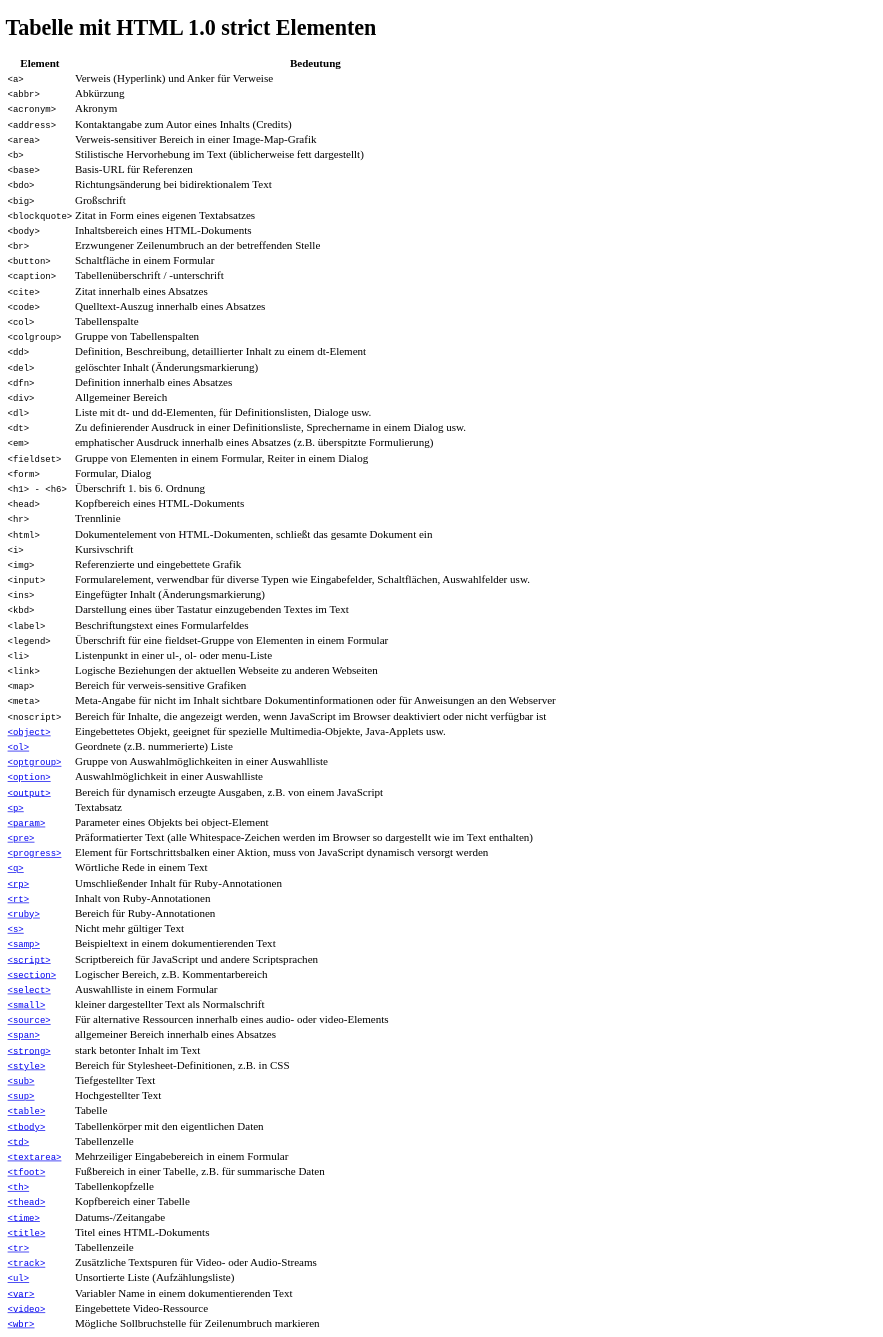
Repository: pLurchi/MyWebengineeringRepo
Page: RemoteSystemsTempFiles/HA-Kapitel06/WebContent/index.html
These files come from the project's save history. The page is drawn as it stood at one moment and after the next save; the edit follows.
The browser window is 1280 px wide. The pictures show the whole page, at 69% of full size.

Above is the page before, as saved 2013-11-28 17:11:03.

### RemoteSystemsTempFiles/HA-Kapitel06/WebContent/index.html
<?xml version="1.0" encoding="UTF-8" ?>
<!DOCTYPE html PUBLIC "-//W3C//DTD XHTML 1.0 Strict//EN" "http://www.w3.org/TR/xhtml1/DTD/xhtml1-strict.dtd">
<html xmlns="http://www.w3.org/1999/xhtml">
<head>
<meta http-equiv="Content-Type" content="text/html; charset=UTF-8" />
<title>HA-Kapitel06</title>
</head>
<body>

	<h1>Tabelle mit HTML 1.0 strict Elementen</h1>

	<table class="wiki-content-table">
		<tr>
			<th>Element</th>
			<th>Bedeutung</th>
		</tr>

		<tr>
			<td><tt>&lt;a&gt;</tt></td>
			<td>Verweis (Hyperlink) und Anker für Verweise</td>
		</tr>
		<tr>
			<td><tt>&lt;abbr&gt;</tt></td>
			<td>Abkürzung</td>
		</tr>
		<tr>
			<td><tt>&lt;acronym&gt;</tt></td>
			<td>Akronym</td>
		</tr>
		<tr>
			<td><tt>&lt;address&gt;</tt></td>
			<td>Kontaktangabe zum Autor eines Inhalts (Credits)</td>
		</tr>
		<tr>
			<td><tt>&lt;area&gt;</tt></td>
			<td>Verweis-sensitiver Bereich in einer Image-Map-Grafik</td>
		</tr>
		<tr>
			<td><tt>&lt;b&gt;</tt></td>
			<td>Stilistische Hervorhebung im Text (üblicherweise fett dargestellt)</td>
		</tr>
		<tr>
			<td><tt>&lt;base&gt;</tt></td>
			<td>Basis-URL für Referenzen</td>
		</tr>
		<tr>
			<td><tt>&lt;bdo&gt;</tt></td>
			<td>Richtungsänderung bei bidirektionalem Text</td>
		</tr>
		<tr>
			<td><tt>&lt;big&gt;</tt></td>
			<td>Großschrift</td>
		</tr>
		<tr>
			<td><tt>&lt;blockquote&gt;</tt></td>
			<td>Zitat in Form eines eigenen Textabsatzes</td>
		</tr>
		<tr>
			<td><tt>&lt;body&gt;</tt></td>
			<td>Inhaltsbereich eines HTML-Dokuments</td>
		</tr>
		<tr>
			<td><tt>&lt;br&gt;</tt></td>
			<td>Erzwungener Zeilenumbruch an der betreffenden Stelle</td>
		</tr>
		<tr>
			<td><tt>&lt;button&gt;</tt></td>
			<td>Schaltfläche in einem Formular</td>
		</tr>
		<tr>
			<td><tt>&lt;caption&gt;</tt></td>
			<td>Tabellenüberschrift / -unterschrift</td>
		</tr>
		<tr>
			<td><tt>&lt;cite&gt;</tt></td>
			<td>Zitat innerhalb eines Absatzes</td>
		</tr>
		<tr>
			<td><tt>&lt;code&gt;</tt></td>
			<td>Quelltext-Auszug innerhalb eines Absatzes</td>
		</tr>
		<tr>
			<td><tt>&lt;col&gt;</tt></td>
			<td>Tabellenspalte</td>
		</tr>
		<tr>
			<td><tt>&lt;colgroup&gt;</tt></td>
			<td>Gruppe von Tabellenspalten</td>
		</tr>
		<tr>
			<td><tt>&lt;dd&gt;</tt></td>
			<td>Definition, Beschreibung, detaillierter Inhalt zu einem dt-Element</td>
		</tr>
		<tr>
			<td><tt>&lt;del&gt;</tt></td>
			<td>gelöschter Inhalt (Änderungsmarkierung)</td>
		</tr>
		<tr>
			<td><tt>&lt;dfn&gt;</tt></td>
			<td>Definition innerhalb eines Absatzes</td>
		</tr>
		<tr>
			<td><tt>&lt;div&gt;</tt></td>
			<td>Allgemeiner Bereich</td>
		</tr>
		<tr>
			<td><tt>&lt;dl&gt;</tt></td>
			<td>Liste mit dt- und dd-Elementen, für Definitionslisten, Dialoge usw.</td>
		</tr>
		<tr>
			<td><tt>&lt;dt&gt;</tt></td>
			<td>Zu definierender Ausdruck in einer Definitionsliste, Sprechername in einem Dialog usw.</td>
		</tr>
		<tr>
			<td><tt>&lt;em&gt;</tt></td>
			<td>emphatischer Ausdruck innerhalb eines Absatzes (z.B. überspitzte Formulierung)</td>
		</tr>
		<tr>
			<td><tt>&lt;fieldset&gt;</tt></td>
			<td>Gruppe von Elementen in einem Formular, Reiter in einem Dialog</td>
		</tr>
		<tr>
			<td><tt>&lt;form&gt;</tt></td>
			<td>Formular, Dialog</td>
		</tr>
		<tr>
			<td><tt>&lt;h1&gt; - &lt;h6&gt;</tt></td>
		<td>Überschrift 1. bis 6. Ordnung</td>
		</tr>
		<tr>
			<td><tt>&lt;head&gt;</tt></td>
			<td>Kopfbereich eines HTML-Dokuments</td>
		</tr>
		<tr>
			<td><tt>&lt;hr&gt;</tt></td>
			<td>Trennlinie</td>
		</tr>
		<tr>
			<td><tt>&lt;html&gt;</tt></td>
			<td>Dokumentelement von HTML-Dokumenten, schließt das gesamte Dokument ein</td>
		</tr>
		<tr>
			<td><tt>&lt;i&gt;</tt></td>
			<td>Kursivschrift</td>
		</tr>
		<tr>
			<td><tt>&lt;img&gt;</tt></td>
			<td>Referenzierte und eingebettete Grafik</td>
		</tr>
		<tr>
			<td><tt>&lt;input&gt;</tt></td>
			<td>Formularelement, verwendbar für diverse Typen wie Eingabefelder, Schaltflächen, Auswahlfelder usw.</td>
		</tr>
		<tr>
			<td><tt>&lt;ins&gt;</tt></td>
			<td>Eingefügter Inhalt (Änderungsmarkierung)</td>
		</tr>
		<tr>
			<td><tt>&lt;kbd&gt;</tt></td>
			<td>Darstellung eines über Tastatur einzugebenden Textes im Text</td>
		</tr>
		<tr>
			<td><tt>&lt;label&gt;</tt></td>
			<td>Beschriftungstext eines Formularfeldes</td>
		</tr>
		<tr>
			<td><tt>&lt;legend&gt;</tt></td>
			<td>Überschrift für eine fieldset-Gruppe von Elementen in einem Formular</td>
		</tr>
		<tr>
			<td><tt>&lt;li&gt;</tt></td>
			<td>Listenpunkt in einer ul-, ol- oder menu-Liste</td>
		</tr>
		<tr>
			<td><tt>&lt;link&gt;</tt></td>
			<td>Logische Beziehungen der aktuellen Webseite zu anderen Webseiten</td>
		</tr>
		<tr>
			<td><tt>&lt;map&gt;</tt></td>
			<td>Bereich für verweis-sensitive Grafiken</td>
		</tr>
		<tr>
			<td><tt>&lt;meta&gt;</tt></td>
			<td>Meta-Angabe für nicht im Inhalt sichtbare Dokumentinformationen oder für Anweisungen an den Webserver</td>
		</tr>
		<tr>
			<td><tt>&lt;noscript&gt;</tt></td>
			<td>Bereich für Inhalte, die angezeigt werden, wenn JavaScript im Browser deaktiviert oder nicht verfügbar ist</td>
		</tr>
<tr>
<td><tt><a href="/html-handbuch:html-elementreferenz-object">&lt;object&gt;</a></tt></td>
<td>Eingebettetes Objekt, geeignet für spezielle Multimedia-Objekte, Java-Applets usw.</td>
</tr>
<tr>
<td><tt><a href="/html-handbuch:html-elementreferenz-ol">&lt;ol&gt;</a></tt></td>
<td>Geordnete (z.B. nummerierte) Liste</td>
</tr>
<tr>
<td><tt><a href="/html-handbuch:html-elementreferenz-optgroup">&lt;optgroup&gt;</a></tt></td>
<td>Gruppe von Auswahlmöglichkeiten in einer Auswahlliste</td>
</tr>
<tr>
<td><tt><a href="/html-handbuch:html-elementreferenz-option">&lt;option&gt;</a></tt></td>
<td>Auswahlmöglichkeit in einer Auswahlliste</td>
</tr>
<tr>
<td><tt><a href="/html-handbuch:html-elementreferenz-output">&lt;output&gt;</a></tt></td>
<td>Bereich für dynamisch erzeugte Ausgaben, z.B. von einem JavaScript</td>
</tr>
<tr>
<td><tt><a href="/html-handbuch:html-elementreferenz-p">&lt;p&gt;</a></tt></td>
<td>Textabsatz</td>
</tr>
<tr>
<td><tt><a href="/html-handbuch:html-elementreferenz-param">&lt;param&gt;</a></tt></td>
<td>Parameter eines Objekts bei object-Element</td>
</tr>
<tr>
<td><tt><a href="/html-handbuch:html-elementreferenz-pre">&lt;pre&gt;</a></tt></td>
<td>Präformatierter Text (alle Whitespace-Zeichen werden im Browser so dargestellt wie im Text enthalten)</td>
</tr>
<tr>
<td><tt><a href="/html-handbuch:html-elementreferenz-progress">&lt;progress&gt;</a></tt></td>
<td>Element für Fortschrittsbalken einer Aktion, muss von JavaScript dynamisch versorgt werden</td>
</tr>
<tr>
<td><tt><a href="/html-handbuch:html-elementreferenz-q">&lt;q&gt;</a></tt></td>
<td>Wörtliche Rede in einem Text</td>
</tr>
<tr>
<td><tt><a href="/html-handbuch:html-elementreferenz-rp">&lt;rp&gt;</a></tt></td>
<td>Umschließender Inhalt für Ruby-Annotationen</td>
</tr>
<tr>
<td><tt><a href="/html-handbuch:html-elementreferenz-rt">&lt;rt&gt;</a></tt></td>
<td>Inhalt von Ruby-Annotationen</td>
</tr>
<tr>
<td><tt><a href="/html-handbuch:html-elementreferenz-ruby">&lt;ruby&gt;</a></tt></td>
<td>Bereich für Ruby-Annotationen</td>
</tr>
<tr>
<td><tt><a class="newpage" href="/html-handbuch:html-elementreferenz-s">&lt;s&gt;</a></tt></td>
<td>Nicht mehr gültiger Text</td>
</tr>
<tr>
<td><tt><a href="/html-handbuch:html-elementreferenz-samp">&lt;samp&gt;</a></tt></td>
<td>Beispieltext in einem dokumentierenden Text</td>
</tr>
<tr>
<td><tt><a href="/html-handbuch:html-elementreferenz-script">&lt;script&gt;</a></tt></td>
<td>Scriptbereich für JavaScript und andere Scriptsprachen</td>
</tr>
<tr>
<td><tt><a href="/html-handbuch:html-elementreferenz-section">&lt;section&gt;</a></tt></td>
<td>Logischer Bereich, z.B. Kommentarbereich</td>
</tr>
<tr>
<td><tt><a href="/html-handbuch:html-elementreferenz-select">&lt;select&gt;</a></tt></td>
<td>Auswahlliste in einem Formular</td>
</tr>
<tr>
<td><tt><a href="/html-handbuch:html-elementreferenz-small">&lt;small&gt;</a></tt></td>
<td>kleiner dargestellter Text als Normalschrift</td>
</tr>
<tr>
<td><tt><a href="/html-handbuch:html-elementreferenz-source">&lt;source&gt;</a></tt></td>
<td>Für alternative Ressourcen innerhalb eines audio- oder video-Elements</td>
</tr>
<tr>
<td><tt><a href="/html-handbuch:html-elementreferenz-span">&lt;span&gt;</a></tt></td>
<td>allgemeiner Bereich innerhalb eines Absatzes</td>
</tr>
<tr>
<td><tt><a href="/html-handbuch:html-elementreferenz-strong">&lt;strong&gt;</a></tt></td>
<td>stark betonter Inhalt im Text</td>
</tr>
<tr>
<td><tt><a href="/html-handbuch:html-elementreferenz-style">&lt;style&gt;</a></tt></td>
<td>Bereich für Stylesheet-Definitionen, z.B. in CSS</td>
</tr>
<tr>
<td><tt><a href="/html-handbuch:html-elementreferenz-sub">&lt;sub&gt;</a></tt></td>
<td>Tiefgestellter Text</td>
</tr>
<tr>
<td><tt><a href="/html-handbuch:html-elementreferenz-sup">&lt;sup&gt;</a></tt></td>
<td>Hochgestellter Text</td>
</tr>
<tr>
<td><tt><a href="/html-handbuch:html-elementreferenz-table">&lt;table&gt;</a></tt></td>
<td>Tabelle</td>
</tr>
<tr>
<td><tt><a href="/html-handbuch:html-elementreferenz-tbody">&lt;tbody&gt;</a></tt></td>
<td>Tabellenkörper mit den eigentlichen Daten</td>
</tr>
<tr>
<td><tt><a href="/html-handbuch:html-elementreferenz-td">&lt;td&gt;</a></tt></td>
<td>Tabellenzelle</td>
</tr>
<tr>
<td><tt><a href="/html-handbuch:html-elementreferenz-textarea">&lt;textarea&gt;</a></tt></td>
<td>Mehrzeiliger Eingabebereich in einem Formular</td>
</tr>
<tr>
<td><tt><a href="/html-handbuch:html-elementreferenz-tfoot">&lt;tfoot&gt;</a></tt></td>
<td>Fußbereich in einer Tabelle, z.B. für summarische Daten</td>
</tr>
<tr>
<td><tt><a href="/html-handbuch:html-elementreferenz-th">&lt;th&gt;</a></tt></td>
<td>Tabellenkopfzelle</td>
</tr>
<tr>
<td><tt><a href="/html-handbuch:html-elementreferenz-thead">&lt;thead&gt;</a></tt></td>
<td>Kopfbereich einer Tabelle</td>
</tr>
<tr>
<td><tt><a href="/html-handbuch:html-elementreferenz-time">&lt;time&gt;</a></tt></td>
<td>Datums-/Zeitangabe</td>
</tr>
<tr>
<td><tt><a href="/html-handbuch:html-elementreferenz-title">&lt;title&gt;</a></tt></td>
<td>Titel eines HTML-Dokuments</td>
</tr>
<tr>
<td><tt><a href="/html-handbuch:html-elementreferenz-tr">&lt;tr&gt;</a></tt></td>
<td>Tabellenzeile</td>
</tr>
<tr>
<td><tt><a class="newpage" href="/html-handbuch:html-elementreferenz-track">&lt;track&gt;</a></tt></td>
<td>Zusätzliche Textspuren für Video- oder Audio-Streams</td>
</tr>
<tr>
<td><tt><a href="/html-handbuch:html-elementreferenz-ul">&lt;ul&gt;</a></tt></td>
<td>Unsortierte Liste (Aufzählungsliste)</td>
</tr>
<tr>
<td><tt><a href="/html-handbuch:html-elementreferenz-var">&lt;var&gt;</a></tt></td>
<td>Variabler Name in einem dokumentierenden Text</td>
</tr>
<tr>
<td><tt><a href="/html-handbuch:html-elementreferenz-video">&lt;video&gt;</a></tt></td>
<td>Eingebettete Video-Ressource</td>
</tr>
<tr>
<td><tt><a class="newpage" href="/html-handbuch:html-elementreferenz-wbr">&lt;wbr&gt;</a></tt></td>
<td>Mögliche Sollbruchstelle für Zeilenumbruch markieren</td>
</tr>
</table>


</body>
</html>

After the next save:
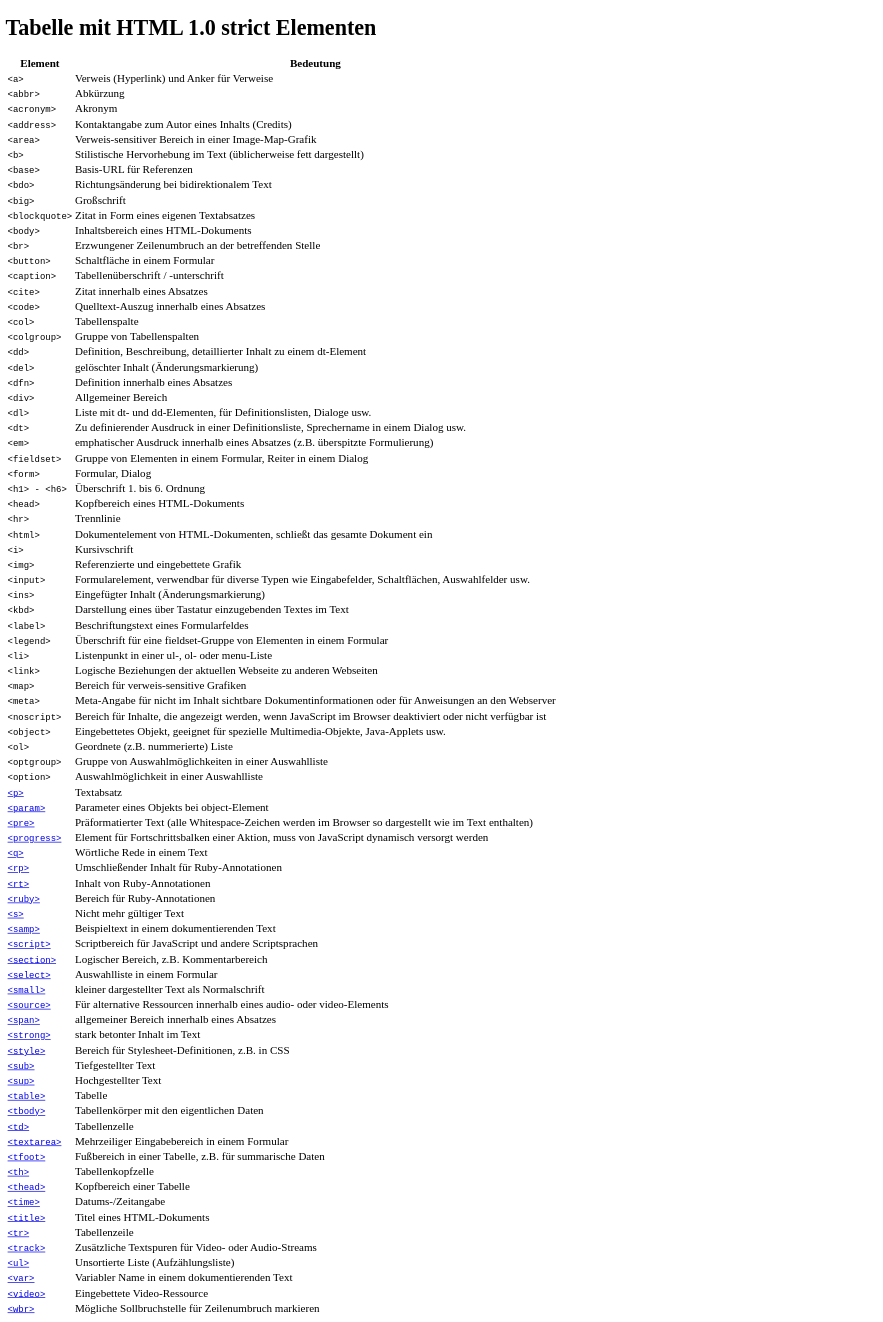
Saved 67 s later.
--- a/RemoteSystemsTempFiles/HA-Kapitel06/WebContent/index.html
+++ b/RemoteSystemsTempFiles/HA-Kapitel06/WebContent/index.html
@@ -187,26 +187,23 @@
 			<td><tt>&lt;noscript&gt;</tt></td>
 			<td>Bereich für Inhalte, die angezeigt werden, wenn JavaScript im Browser deaktiviert oder nicht verfügbar ist</td>
 		</tr>
-<tr>
-<td><tt><a href="/html-handbuch:html-elementreferenz-object">&lt;object&gt;</a></tt></td>
-<td>Eingebettetes Objekt, geeignet für spezielle Multimedia-Objekte, Java-Applets usw.</td>
-</tr>
-<tr>
-<td><tt><a href="/html-handbuch:html-elementreferenz-ol">&lt;ol&gt;</a></tt></td>
-<td>Geordnete (z.B. nummerierte) Liste</td>
-</tr>
-<tr>
-<td><tt><a href="/html-handbuch:html-elementreferenz-optgroup">&lt;optgroup&gt;</a></tt></td>
-<td>Gruppe von Auswahlmöglichkeiten in einer Auswahlliste</td>
-</tr>
-<tr>
-<td><tt><a href="/html-handbuch:html-elementreferenz-option">&lt;option&gt;</a></tt></td>
-<td>Auswahlmöglichkeit in einer Auswahlliste</td>
-</tr>
-<tr>
-<td><tt><a href="/html-handbuch:html-elementreferenz-output">&lt;output&gt;</a></tt></td>
-<td>Bereich für dynamisch erzeugte Ausgaben, z.B. von einem JavaScript</td>
-</tr>
+		<tr>
+			<td><tt>&lt;object&gt;</tt></td>
+			<td>Eingebettetes Objekt, geeignet für spezielle Multimedia-Objekte, Java-Applets usw.</td>
+		</tr>
+		<tr>
+			<td><tt>&lt;ol&gt;</tt></td>
+			<td>Geordnete (z.B. nummerierte) Liste</td>
+		</tr>
+		<tr>
+			<td><tt>&lt;optgroup&gt;</tt></td>
+			<td>Gruppe von Auswahlmöglichkeiten in einer Auswahlliste</td>
+		</tr>
+		<tr>
+			<td><tt>&lt;option&gt;</tt></td>
+			<td>Auswahlmöglichkeit in einer Auswahlliste</td>
+		</tr>
+
 <tr>
 <td><tt><a href="/html-handbuch:html-elementreferenz-p">&lt;p&gt;</a></tt></td>
 <td>Textabsatz</td>
